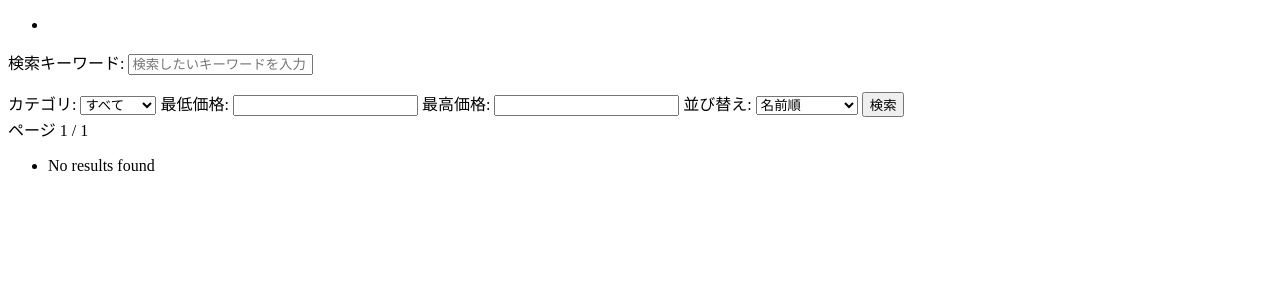
Repository: mamesuke7274/2024_kouki_kuwayamasyoutarou
Page: http://localhost/
The author's editor kept a copy of each file at every save. The page is drawn from the files as they stood at one save, then again after a run of saves.
The browser window is 1280 px wide. The pictures show the whole page.
The page is served by the project's application, run on Django 4.2 (manage.py). Queries for data that is not in the repository find no rows.

Above is the page before, as saved 2024-10-19 09:44:48.

After the next 4 saves:
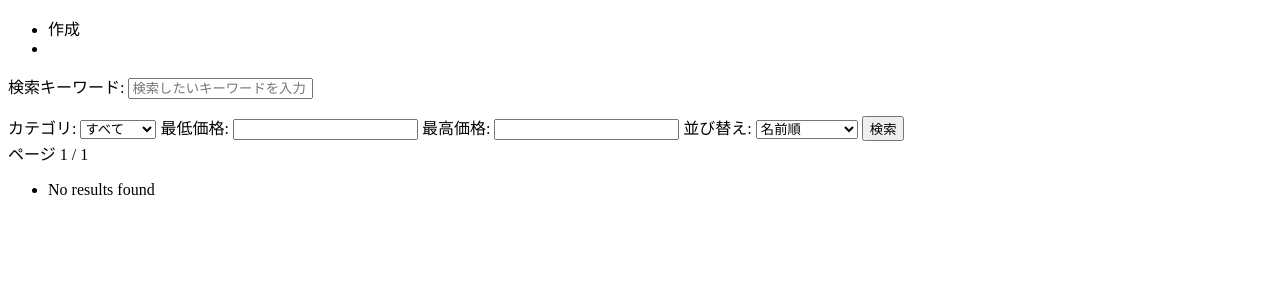
The 4 saves are shown as one change because they came seconds apart.
The last was saved 13 s later.
--- a/search_app/templates/search.html
+++ b/search_app/templates/search.html
@@ -11,7 +11,10 @@
     <header>
         <nav>
             <ul>
-                <li></li>
+                <li>作成</li>
+                <li>
+
+                </li>
             </ul>
         </nav>
     </header>
